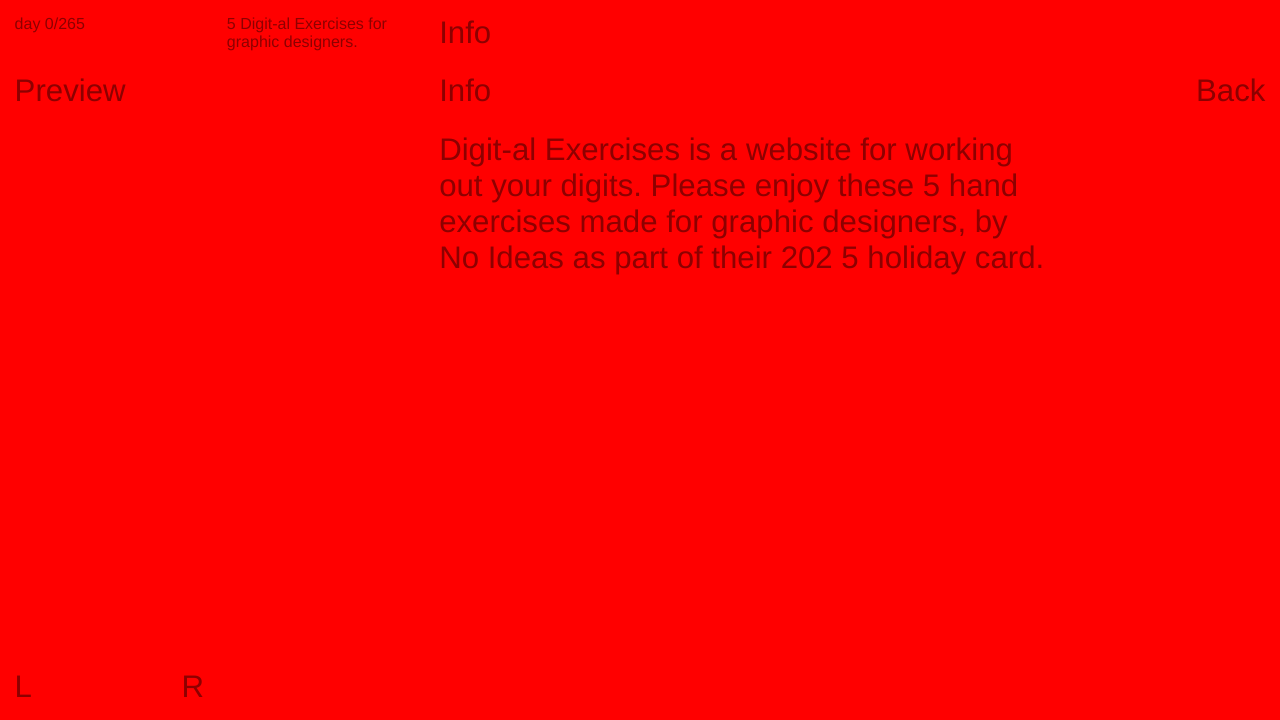
Repository: NoIdeasStudio/holiday-card-2024
Page: info.html
An editor plug-in stored every save of this project. The page is shown before and after a run of saves, followed by the edit.
The browser window is 1280 px wide. The pictures show the whole page.

Above is the page before, as saved 2024-12-12 16:17:43.

### info.html
<!DOCTYPE html>
<html lang="en">
<head>
    <meta charset="UTF-8">
    <meta name="viewport" content="width=device-width, initial-scale=1.0">
    <title>Info</title>
    <link rel="stylesheet" href="style.css">
    <style>
        body {background-color:red;}
      </style>
</head>
<body>

    <div class="wrapper">


        <header class="small-text header-1">day 0/265</header>
        <header class="small-text header-2">5 Digit-al Exercises for graphic designers.</header>

        <!-- Preview -->
        <content class="large-text content-header-1">Preview</content>
        <footer class="large-text content-footer-2">L R</footer>

        <!-- Info -->
        <content class="large-text content-header-2">Info</content>
        <content class="large-text content-header-2-mobile">Info</content>
                <div class="large-text content-info">Digit-al Exercises is a website for working out your digits. Please enjoy these 5 hand exercises made for graphic designers, by No Ideas as part of their 202 5 holiday card. </div>
        <content class="large-text content-header-4"><a href="./exercise-1.html">Back</a></content>

    </div>

</body>

<!-- <script src="./p5.min.js" async defer></script>
<script src="https://unpkg.com/ml5@1/dist/ml5.js" async defer></script>
<script src="./sketch.js" async defer></script> -->

</html>

### style.css

* {
    box-sizing: border-box;
    color: #8D0000;
    margin: 0%;
    padding: 0%;
  }
  body{
    background-color: transparent;
  }
  .wrapper {
    height: 100vh;
    width: 100vw;
    position: fixed;
    margin: 0 auto;
    display: grid;
    grid-template-columns: repeat(6, [col-start] 4fr);
    grid-template-rows: repeat(16, [row-start] 4fr);
    gap: .8rem;
    padding: .6rem;

  }

  .back{
    background-color: #FF0000;
    width: 100vw;
    height: 100vh;
    z-index: -3;
  }

  /* all the landmarks */

  .landmark-div {
    position: absolute;
    transform: translate(-50%, -50%); /* Center the div at the wrist position */
  }

  .wrapper > * {
    padding: 5px;
  }

  .popup{
    /* position: fixed; */
    position: absolute;
    background-color: #8D0000;
    text-align: center;
    justify-content: center;
    grid-column: col-start 3 / span 2;
    padding: .5em;
    grid-row: 6;
  }
  #got-it{
    color: #FF0000;
  }

  .large-text{
    font: 1.95em Helvetica, arial, sans-serif;
  }
  .large-text-light{
    font: 1.95em Helvetica, arial, sans-serif;
    color: #FF0000;
  }
  .small-text{
    font: 1em Helvetica, arial, sans-serif;
  }
  a{
    text-decoration: none;
  }
  a:hover{
    text-decoration: underline dashed ;
    text-underline-offset: .15em;
  }

  span{
    text-decoration: none;
  }
  span:hover{
    text-decoration: underline dashed ;
    text-underline-offset: .15em;
  }

  .header-1{
    grid-column: col-start 1 / span 1;
    grid-row: 1 / 1;
  }
  .header-2{
    grid-column: col-start 2 / span 1;
    grid-row: 1 / 1;
  }
  .header-3{
    grid-column: col-start 6 / span 1;
    grid-row: 1 / 1;
    text-align: right;
  }

    /* Preview */
    .content-header-1{
        grid-column: col-start 1 / span 1;
        grid-row: 2 ;
    }
            .img-1{
                grid-column: col-start 1 / span 1;
                grid-row: 3 / 6;
            }
            .img-2{
                grid-column: col-start 1 / span 1;
                grid-row: 6/ 9;
            }
            .img-3{
                grid-column: col-start 1 / span 1;
                grid-row: 9 / 12;
            }
            .img-4{
                grid-column: col-start 1 / span 1;
                grid-row: 12 / 15;
            }

/* Movement */
  .content-header-2{
    grid-column: col-start 3 / span 2;
    grid-row: 2 ;
  }
            .movement-video{
                background-color: transparent;
                grid-column: col-start 3 / span 3;
                grid-row: 3 / 16 ;
            }

            .content-info{
                grid-column: col-start 3 / span 3;
                grid-row: 3 / 16 ;
            }

  .content-header-3{
    grid-column: col-start 5 / span 1;
    grid-row: 2 ;
    text-align: right;
    z-index: 2;
  }

            canvas {
                width: 100vw;  /* Set width to 100% of the viewport width */
                height: 120vh; /* Set height to 100% of the viewport height */
                position: fixed;
                margin: 0%;
                padding: 0em;
                left: 0em;
                top: 0em;
                z-index: -2;
             }
            video{
                display: none;
            }


  .content-header-4{
    grid-column: col-start 6 / span 1;
    grid-row: 2 ;
    text-align: right;
  }

  .content-footer-1{
    grid-column: col-start 1 / span 1;
    grid-row: 15 ;
    text-align-last: justify;
    vertical-align: bottom;
  }
  .content-footer-2{
    grid-column: col-start 1 / span 1;
    grid-row: 16 ;
    text-align-last: justify;
    vertical-align: bottom;
  }
  .content-footer-3{
    grid-column: col-start 3 / span 2;
    grid-row: 16 ;
  }
  .content-footer-4{
    grid-column: col-start 5 / span 2;
    grid-row: 16 ;
    text-align: right;
  }

  .content-footer-4b{
    grid-column: col-start 5 / span 2;
    grid-row: 16 ;
    text-align: right;
  }



  @media (max-width: 1070px) {

    .wrapper {
        height: 100vh;
        width: 100vw;
        position: fixed;
        margin: 0 auto;
        display: grid;
        grid-template-columns: repeat(6, [col-start] 4fr);
        grid-template-rows: repeat(16, [row-start] 4fr);
        gap: 0rem;
        padding: .6rem;
      }

      .popup{
        /* position: fixed; */
        position: absolute;
        background-color: #8D0000;
        text-align: center;
        justify-content: center;
        grid-column: col-start 2 / span 4;
        padding: .5em;
        grid-row: 4 / 6;
      }

      .header-1{
        grid-column: col-start 1 / span 1;
        grid-row: 1 / 1;
      }

      .header-2{
        grid-column: col-start 2 / span 2;
        grid-row: 1 / 1;
      }

      .header-3{
        grid-column: col-start 6 / span 1;
        grid-row: 1 / 1;
        text-align: right;
      }

    /* Preview */
    .content-header-1{
        grid-column: col-start 2 / span 4;
        grid-row: 13 / 16 ;
        display: none;
    }
            .img-1{
                grid-column: col-start 2 / span 1;
                grid-row: 14 / 16;
                vertical-align: bottom;
            }
            .img-2{
                grid-column: col-start 3 / span 1;
                grid-row: 14 / 16;
                vertical-align: bottom;
            }
            .img-3{
                grid-column: col-start 4 / span 1;
                grid-row: 14 / 16;
                vertical-align: bottom;
            }
            .img-4{
                grid-column: col-start 5 / span 1;
                grid-row: 14 / 16;
                vertical-align: bottom;
            }

.content-header-2{
    display: none;
}
        .movement-video{
            background-color: transparent;
            grid-column: col-start 1 / span 6;
            grid-row: 3 / 14 ;
        }

        .content-info{
            grid-column: col-start 1 / span 6;
            grid-row: 3 / 16 ;
        }

 .content-header-3{
    grid-column: col-start 1 / span 1;
    grid-row: 2 ;
    text-align: left;
    z-index: 2;
 }

                        canvas {
                            width: 100vw;  /* Set width to 100% of the viewport width */
                            height: 100vh; /* Set height to 100% of the viewport height */
                            position: fixed;
                            margin: 0%;
                            padding: 0em;
                            left: 0em;
                            top: 0em;
                            z-index: -2;
                         }
                        video{
                            display: none;
                        }


  .content-header-4{
    display: none;
  }

  .content-footer-1{
    grid-column: col-start 1 / span 6;
    grid-row: 15 ;
    text-align-last: justify;
    vertical-align: bottom;
  }
  .content-footer-2{
    grid-column: col-start 1 / span 6;
    grid-row: 16 ;
    text-align-last: justify;
    vertical-align: bottom;
  }
  .content-footer-3{
    display: none;
  }
  .content-footer-4{
    grid-column: col-start 5 / span 2;
    grid-row: 2 ;
    text-align: right;
  }

  .content-footer-4b{
    grid-column: col-start 5 / span 2;
    grid-row: 12 ;
    text-align: right;
  }

  }

After the next 2 saves:
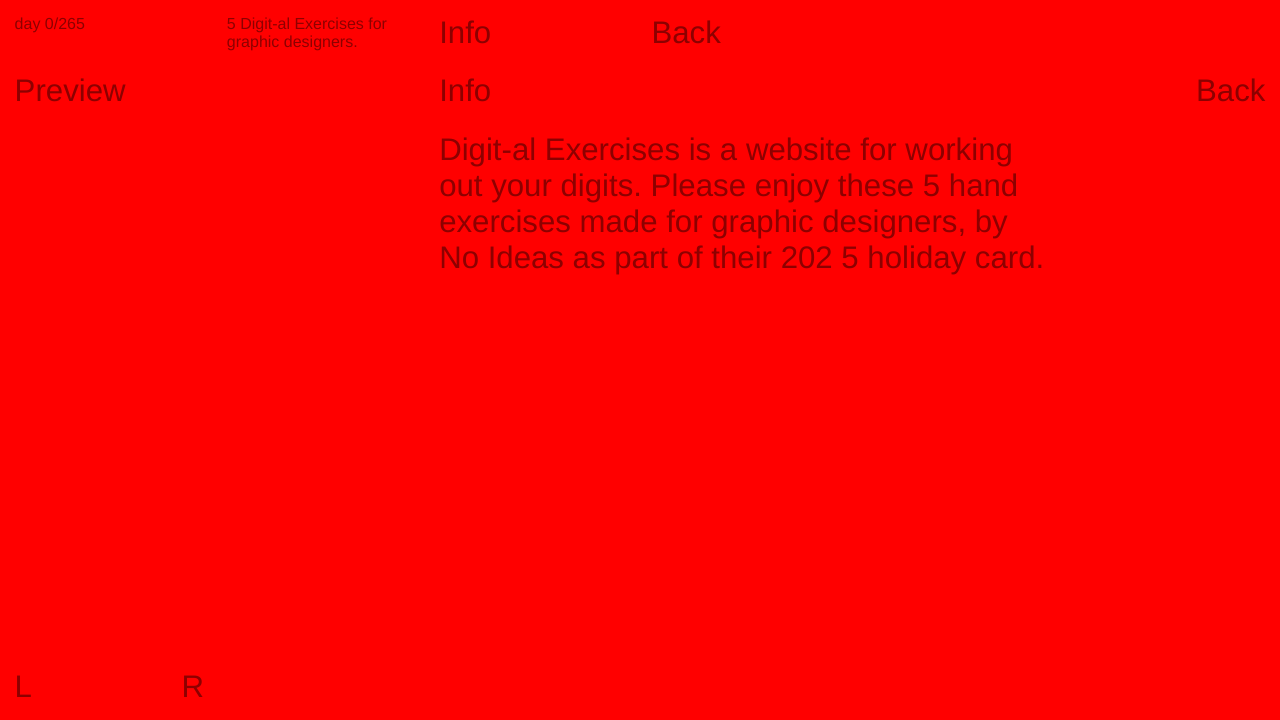
The 2 saves are shown as one change because they came seconds apart.
The last was saved 16 s later.
--- a/info.html
+++ b/info.html
@@ -26,6 +26,7 @@
         <content class="large-text content-header-2-mobile">Info</content>
                 <div class="large-text content-info">Digit-al Exercises is a website for working out your digits. Please enjoy these 5 hand exercises made for graphic designers, by No Ideas as part of their 202 5 holiday card. </div>
         <content class="large-text content-header-4"><a href="./exercise-1.html">Back</a></content>
+        <content class="large-text content-header-4-mobile"><a href="./exercise-1.html">Back</a></content>
 
     </div>
 
